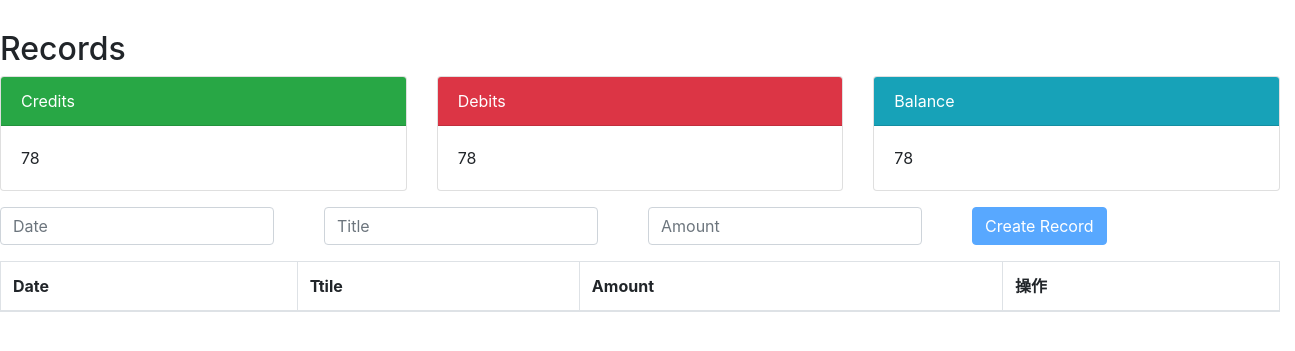
Repository: wjszydygns/accouts
Page: /
An editor plug-in stored every save of this project. The page is shown before and after the next save, followed by the edit.
The browser window is 1280 px wide. The page is 1295 px wide, so the pictures cover 1295 px, including what lies to the right of the window. The pictures show the whole page.
The page's requests for data from a server got no answer. The project was rebuilt for these pictures with package versions that can differ from the ones it lists, and the page was loaded fresh each time. No one was signed in, and anything a server would have sent is missing. Also part of the build but not shown: src/components/record.jsx.

Above is the page before, as saved 2018-11-30 20:14:11.

### public/index.html
<!DOCTYPE html>
<html lang="en">
  <head>
    <meta charset="utf-8">
    <link rel="shortcut icon" href="%PUBLIC_URL%/favicon.ico">
    <meta name="viewport" content="width=device-width, initial-scale=1, shrink-to-fit=no">
    <meta name="theme-color" content="#000000">
    <!--
      manifest.json provides metadata used when your web app is added to the
      homescreen on Android. See https://developers.google.com/web/fundamentals/web-app-manifest/
    -->
    <link rel="manifest" href="%PUBLIC_URL%/manifest.json">
    <link href="https://cdn.bootcss.com/twitter-bootstrap/4.1.3/css/bootstrap.min.css" rel="stylesheet">


    <title>React App</title>
  </head>
  <body>

    <div id="root"></div>

  </body>
</html>

### src/index.js
import React from 'react';
import ReactDOM from 'react-dom';

import RecordList from './components/records';
import * as serviceWorker from './serviceWorker';

ReactDOM.render(<RecordList />, document.getElementById('root'));

// If you want your app to work offline and load faster, you can change
// unregister() to register() below. Note this comes with some pitfalls.
// Learn more about service workers: http://bit.ly/CRA-PWA
serviceWorker.unregister();

### src/components/records.jsx
import React, { Component } from 'react';
import { table } from "antd"
import Record from "./record"
import * as moment from "moment"
import axios from "axios"
import PropTypes from "prop-types"
import * as RecordsAPI from "../utils/RecordsAPI"
import RecordForm from "./RecordForm"
import AmountBox from "./amountBox"

class RecordList extends Component {
  constructor(props) {
    super(props)
    this.state = {
      records:
        [
          // {id:1,date:"2018-11-2",title:"房租",amount:1900},
          // {id:2,date:"2018-11-5",title:"工资收入",amount:5000},
          // {id:3,date:"2018-11-11",title:"购物",amount:700},
          // {id:4,date:"2018-11-16",title:"收入",amount:800},
        ],
      isloaded: false,
      error: null
    }
  }

  componentDidMount() {
    const { records, isloaded } = this.state;
    // const url=`https://5bfe4524362b930013f651be.mockapi.io/api/v1/records`
    //  fetch(url).then(res=>{
    //    return res.json();

    //  }).then(data=>{  //res.data=data
    //    this.setState({
    //      records:data
    //    })
    //  }).catch(err=>
    //    console.log(err)
    //   )
    this.getData();

  }
  getData = () => {

    RecordsAPI.getAll().then(res => {
      this.setState({
        records: res.data,
        isloaded: true
      })

    }).catch(error => {
      this.setState({
        isloaded: true,
      })
    })


  }

  add = (record) => {
    const { records } = this.state;
    //  records.unshift(record);
    //  this.setState({
    //     records
    //  })
    // this.getData();  不需要整个全部重新发请求刷新页面，只需要局部更新state的值即可
    this.setState({
      records: [
        ...records,
        record       //将新添加的那条添加到下面，这样可以简单的合并对象到一个数组

      ]
    })

  }
  update = (id, updateRecord) => {
    // debugger

    const { records } = this.state;
    let array = records;
    array = array.map((item, index) => {
      if (item.id !== id) {
        return item
      }
      // return Object.assign(item,updateRecord);//Object.assign方法的第一个参数是目标对象，后面的参数都是源对象。
      return {                                //如果目标对象与源对象有同名属性，或多个源对象有同名属性，则后面的属性会覆盖前面的属性。
        ...item,
        ...updateRecord
      }
    })
    console.log(array);
    this.setState({
      records: array
    })
    console.log(records);


  }

  delete=(id)=>{
    const { records } = this.state;
    let newRecords=records.filter((item)=>{
       if(id===item.id)
          return false
       return true
    })
    this.setState({
      records:newRecords
    })

  }
  render() {
    const { error, isloaded, records } = this.state;
    let recordsComponent;
    {
      if (error) {
        recordsComponent = <div>{error}</div>
      } else if (!isloaded) {
        recordsComponent = <div>Loading...</div>

      }
      else {
        recordsComponent = (
          <div >
            <table className="table table-bordered">
              <thead>
                <tr>
                  <th>Date</th>
                  <th>Ttile</th>
                  <th>Amount</th>
                  <th>操作</th>
                </tr>
              </thead>
              <tbody>
                {
                  this.state.records.map((item, index) => {
                    item.date = moment(item.date).format("YYYY-MM-DD:HH:ss:mm")
                    return <Record key={item.id}
                                 　 {...item}
                                 　 update={this.update}
                                  　delete={this.delete} />

                  })
                }
              </tbody>
            </table>
          </div>
        );
      }
    }

    return (
      <div>
        <h2 style={{marginTop:30}}>Records</h2>
        <div className="row mb-3">
           <AmountBox  text="Credits" type="success"></AmountBox>
           <AmountBox text="Debits" type="danger"></AmountBox>
           <AmountBox text="Balance" type="info"></AmountBox>
        </div>
        <RecordForm  {...this.state} addRecord={this.add} />
        {recordsComponent}
      </div>

    )


  }
}

export default RecordList;

### src/utils/RecordsAPI.js
import axios from "axios"
//使用环境变量来定义ａｐｉ,这样就可以把好多人要请求的接口放到一起通过ａｐｉ.什么来引用
//REACT_APP_RECORDS_API_URL这就是一个环境变量，要在ｓｃｒｉｐｔｓ里面定义这个环境变量的值,process.env是引用环境变量的前缀
 const api=process.env.REACT_APP_RECORDS_API_URL ||"http://localhost:5000"

//将axios请求全部封装到一个方法里面

export const getAll=()=>{
    //注意箭头函数要加大括号的话必须加return,否则没有返回值
   return axios.get(`${api}api/v1/records`)

}
export const create=(body)=>{
//添加一条记录时，也要向那个接口发送请求，因为我们现在的数据不是写死的，而是从上面那个接口请求回来的，那个数据是要求有一个ｉｄ作为ｒｅｃｏｒｄ的key值的
//所以我们也要有id，这个id 可以是它自己生成的
//要发一个post 请求
　return 　axios.post(`${api}api/v1/records`,body)   //axios.post(url,参数对象)

}

export const update=(id,body)=>{
//更新数据，向接口发送数

  return axios.put(`${api}api/v1/records/${id}`,body)

};

export const deleteRecord=(id)=>{
    //删除数据，向接口发送id，并且将该条数据置空即可

      return axios.get(`${api}api/v1/records/${id}`)

    };

### src/components/RecordForm.js
import React, { Component } from 'react';
import {table} from "antd"
import PropTypes from "prop-types"
import "../index.css"
import * as RecordAPI from "../utils/RecordsAPI"

class RecordForm extends Component {

   state={
       date:"",
       title:"",
       amount:"",
   }

    valid=()=>{
        //验证是否有效，三个同时有值的时候才有效，返回true
        return  this.state.date &&this.state.title &&this.state.amount


    }
    handle=(e,key)=>{
       this.setState({
        [key]:e.target.value
       })
    }
    addRecord=(event)=>{
      event.preventDefault();//阻止默认行为，即参数不会出现在ｕｒｌ中
      const record=this.state;
      const {addRecord}=this.props;
    //   addRecord(record);
      RecordAPI.create({...record,amount:Number.parseInt(record.amount,0)})
      .then(res=>{

          addRecord(res.data);
      }).catch(
          error=>console.log(error.message)

      )
      this.setState({
        date:"",
        title:"",
        amount:"",
      })

    }


  render() {
      //  const {record}=this.props
      const {date,title,amount}=this.state;
    return (
     <form className="form-inline mb-3">
      <div className="form-group">
        <input type="text" className="form-control"
               placeholder="Date"
               name="date" value={date}
               onChange={e=>this.handle(e,"date")}/>

      </div>
      <div className="form-group">
        <input type="text" className="form-control"
               placeholder="Title"
               name="title" value={title}
               onChange={e=>this.handle(e,"title")}/>

      </div>
      <div className="form-group">
        <input type="text" className="form-control"
               placeholder="Amount"
               name="amount" value={amount}
               onChange={e=>this.setState({amount:e.target.value})}/>

      </div>
      <div className="form-group">
      <button className="btn btn-primary"
              type="submit"
              disabled={!(date && title && amount)}
              onClick={this.addRecord}>
              Create Record
     </button>
      </div>

     </form>
    );
  }
}

export default RecordForm;
 RecordForm.propTypes={
  id:PropTypes.string,
  date:PropTypes.string,
  title:PropTypes.string,
  amount:PropTypes.number,
  addRecord:PropTypes.func.isRequired,



}

### src/components/amountBox.jsx
import React, { Component } from "react"

export default class AmountBox extends React.Component {



    render() {
        const { text, type } = this.props;
        return (
            <div className="col">
              <div className="card">
               <div className={`card-header bg-${type} text-white`}>
                  {text}
               </div>
               <div className="card-body">
                  78
               </div>

              </div>
            </div>


        )
    }







}

### src/index.css
body {
  margin: 0;
  padding: 0;
  font-family: -apple-system, BlinkMacSystemFont, "Segoe UI", "Roboto", "Oxygen",
    "Ubuntu", "Cantarell", "Fira Sans", "Droid Sans", "Helvetica Neue",
    sans-serif;
  -webkit-font-smoothing: antialiased;
  -moz-osx-font-smoothing: grayscale;
}

.form-group{
    margin-right:50px;

}

Loaded but not shown: src/serviceWorker.js (common file)

After the next save:
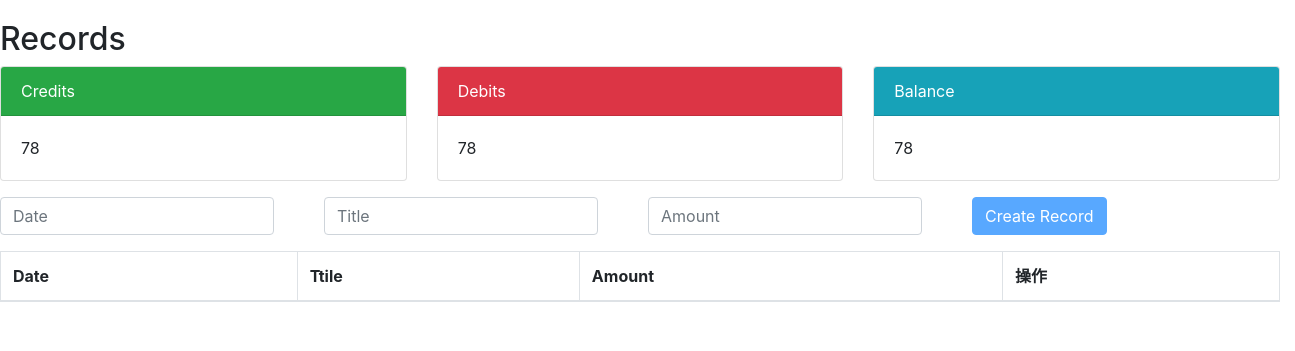
Saved 11 s later.
--- a/src/components/records.jsx
+++ b/src/components/records.jsx
@@ -151,7 +151,7 @@ class RecordList extends Component {
 
     return (
       <div>
-        <h2 style={{marginTop:30}}>Records</h2>
+        <h2 style={{marginTop:20}}>Records</h2>
         <div className="row mb-3">
            <AmountBox  text="Credits" type="success"></AmountBox>
            <AmountBox text="Debits" type="danger"></AmountBox>
